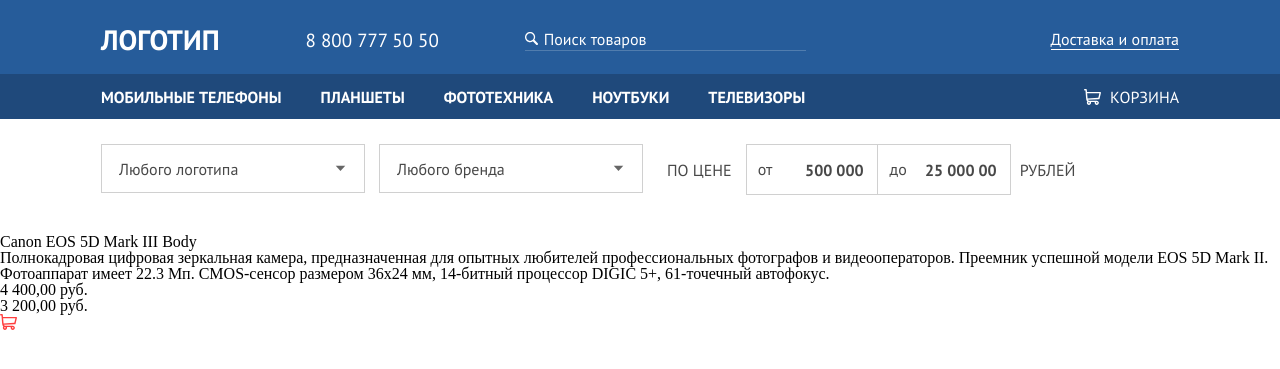
Repository: sem1103/WEBCompany
Page: index.html
An editor plug-in stored every save of this project. The page is shown before and after the next save, followed by the edit.
The browser window is 1280 px wide. The pictures show the whole page.

Above is the page before, as saved 2024-01-11 22:13:49.

After the next save:
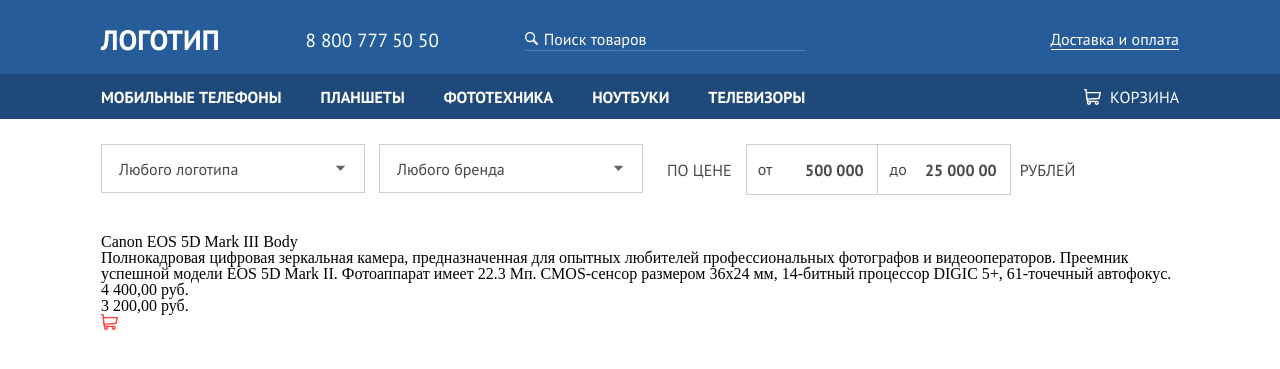
Saved 7 s later.
--- a/index.html
+++ b/index.html
@@ -87,7 +87,7 @@
                 </div>
             </div>
 
-            <div class="items">
+            <div class="items container">
                 <div class="item__card">
                     <img src="" alt="">
                     <div class="item__desc">
